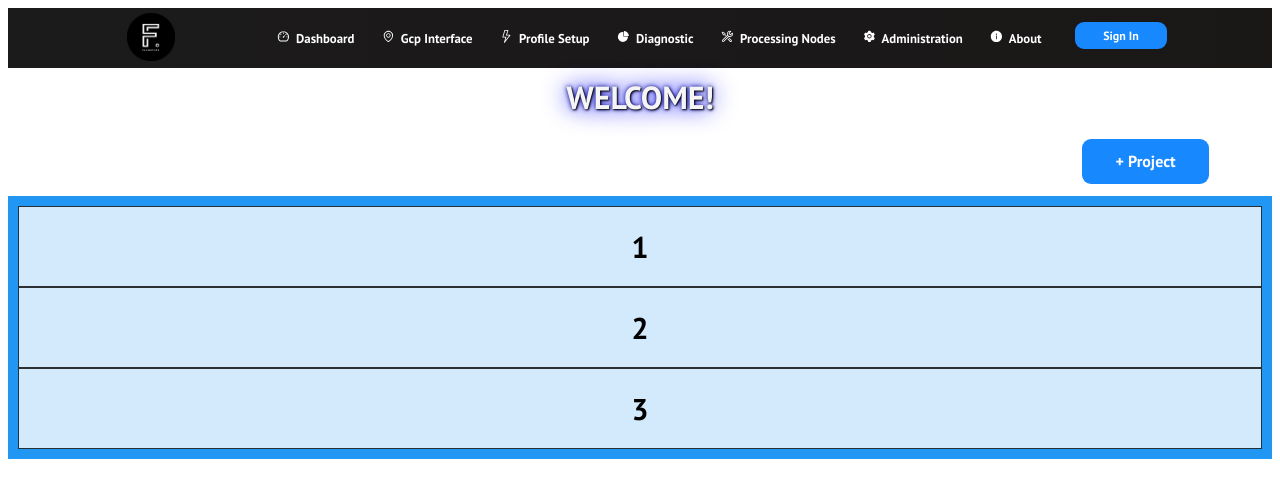
Repository: Akshaykumar1111/akki
Page: /Dashboard
The author's editor kept a copy of each file at every save. The page is drawn from the files as they stood at one save, then again after the next save.
The browser window is 1280 px wide. The pictures show the whole page.
Some web libraries are served in a nearby version. The project was rebuilt for these pictures with package versions that can differ from the ones it lists, and the page was loaded fresh each time. Also part of the build but not shown: src/components/pages/Administration.css, src/components/pages/Administration.js, src/components/pages/Diagnostic.js, src/components/pages/ProfileSetup.js, src/components/pages/GcpInterface.js, src/components/pages/ProcessingNodes.js, src/components/pages/About.js, src/components/pages/Popup.css and 7 more.

Above is the page before, as saved 2022-10-20 12:41:39.

### src/App.css
* {
  box-sizing: border-box;
  margin: 0;
  padding: 0;
  font-family: 'PT Sans', sans-serif;
}

.home,
.Diagnostic,
.Dashboard,
.ProfileSetup,
.GcpInterface,
.ProcessingNodes,
.products,
.Administration,
.DeveloperTools,
.About,
.sign-up,
.SigUp,
.Forgot,
.marketing,
.consulting {
  display: flex;
  height: 961.3px;
  align-items: center;
  justify-content: center;
  font-size: 2rem;
}


.map-container{
  width: 100%;
  height: 100%;
}

.Dashboard {
  background-image: url('./images/img-1.jpg');
  background-position: center;
  background-size: cover;
  background-repeat: no-repeat;
  color: #fff;
  font-size: 100px;

  margin-bottom: 10px;
}

.GcpInterface {
  background-image: url('./images/img-2.jpg');
  background-position: center;
  background-size: cover;
  background-repeat: no-repeat;
  color: #fff;
  font-size: 100px;
}

.Diagnostic {
  background-image: url('./images/img-3.jpg');
  background-position: center;
  background-size: fill;
  background-repeat: no-repeat;
  color: #fff;
  font-size: 100px;
}

.ProfileSetup {
  background-image: url('./images/img-4.jpg');
  background-position: center;
  background-size: cover;
  background-repeat: no-repeat;
  color: #fff;
  font-size: 100px;
}

.sign-up {
  background-image: url('./images/img-7.jpg');
  background-position: center;
  background-size: cover;
  background-repeat: no-repeat;
  color: #fff;
  font-size: 100px;
}

.marketing {
  background-image: url('./images/img-6.jpg');
  background-position: center;
  background-size: cover;
  background-repeat: no-repeat;
  color: #fff;
  font-size: 100px;
}

.consulting {
  background-image: url('./images/img-5.jpg');
  background-position: bottom;
  background-size: cover;
  background-repeat: no-repeat;
  color: #fff;
  font-size: 100px;
}

### src/components/pages/Dashboard.js

import React from 'react';
import '../../App.css';
import '../Button.css';
import './Dashboard.css';

export default function Dashboard() {
  return ( <>
  <div>
  <h1>welcome!</h1>


</div>
  <button type="button" className='btn projectbtn'>+ Project</button>
  <div class="grid-container">
  <div class="grid-item">1</div>
  <div class="grid-item">2</div>
  <div class="grid-item">3</div>

</div>
  </>
  )
 }

### src/components/Button.js
import React from 'react';
import './Button.css';
import { Link } from 'react-router-dom';

export function Button() {
  return (
    <Link to='sign-In'>
      <button className='btn'>Sign In</button>
    </Link>
  );
}

### src/components/Navbar.css
.navbar {

  height: 70px;
  display: flex;
  justify-content: center;
  align-items: center;
  font-size: 1.2rem;


}
.nav-bg1{
  background-color: rgba(42, 41, 41, 0.606);
  }
.nav-bg2{
  background: linear-gradient(90deg, rgb(28, 27, 27) 0%, rgb(26, 23, 23) 100%);

}

.navbar-logo {
  color: #fff;
  justify-self: start;
  margin-left: 20px;
  cursor: pointer;
  text-decoration: none;
  font-size: 2rem;
}

.fa-firstdraft {
    margin-left: -18%;
    font-size: 1rem;
    height: 4rem;
    width: 4rem;
    text-align: center;
    margin-top: 12%;
    margin-left: -190%;
}
/* .log-img{
  width: 8%;
} */
.nav-menu {
  display: grid;
  grid-template-columns: repeat(8, auto);
  grid-gap: 10px;
  list-style: none;
  text-align: center;
  width: 70vw;
  justify-content: end;
  margin-right: 2rem;
}

.nav-item {
  display: flex;
  align-items: center;
  height: 80px;
  margin-top: 8%;
  display: flex;
}

.nav-links {
  color: white;
  text-decoration: none;
  padding: 0.5rem 1rem;
}

.nav-links:hover {
  background-color: #1888ff;
  border-radius: 4px;
  transition: all 0.2s ease-out;
}

.fa-bars {
  color: #fff;
}

.nav-links-mobile {
  display: none;
}

.menu-icon {
  display: none;
}
.li1{
  margin-top: 9%;
}

.li2{
  margin-top: 8%;
}
.li4{
  margin-top: 9%;
}
.li5{
  margin-top: 6.5%;
}
.li6{
  margin-top: 7.3%;
}
.li7{
  margin-top: 12.4%;
}
.li8{
  margin-top: 7%;
}

.nav-links1 {
  color: white;
  text-decoration: none;
  padding: 0.5rem 1rem;
}






@media screen and (max-width: 1648px) {
  .navbar {
    /* background: linear-gradient(90deg, rgb(28, 27, 27) 0%, rgb(26, 23, 23) 100%); */
    height: 60px;
    display: flex;
    justify-content: center;
    align-items: center;
    font-size: 0.8rem;
  }
  .nav-bg1{
    background-color: rgba(42, 41, 41, 0.606);
    }
  .nav-bg2{
    background: linear-gradient(90deg, rgb(28, 27, 27) 0%, rgb(26, 23, 23) 100%);

  }
  .navbar-logo {
    color: #fff;
    justify-self: start;
    margin-left: 20px;
    cursor: pointer;
    text-decoration: none;
    font-size: 1.5rem;
    padding-right: 1%;
  }

  .fa-firstdraft {
    margin-left: -6%;
    font-size: 1rem;
    height: 3rem;
    width: 3rem;
    text-align: center;
    margin-top: 12%;
}

  .nav-menu {
    display: grid;
    grid-template-columns: repeat(8, auto);
    grid-gap: 8px;
    list-style: none;
    text-align: center;
    width: 75vw;
    justify-content: end;
    margin-right: 1.2rem;
  }

  .nav-item {
    display: flex;
    align-items: center;
    height: 75px;
  }

  .nav-links {
    color: white;
    text-decoration: none;
    padding: 0.5rem 0.6rem;
  }

  .nav-links1 {
    color: white;
    text-decoration: none;
    padding: 0.5rem 1rem;
  }

  .nav-links:hover {
    background-color: #1888ff;
    border-radius: 4px;
    transition: all 0.2s ease-out;
  }

  .fa-bars {
    color: #fff;
  }

  .nav-links-mobile {
    display: none;
  }

  .menu-icon {
    display: none;
  }
  .li1{
    margin-top: 9%;
  }

  .li2{
    margin-top: 8%;
  }
  .li4{
    margin-top: 9%;
  }
  .li5{
    margin-top: 6.5%;
  }
  .li6{
    margin-top: 7.3%;
  }
  .li7{
    margin-top: 12.4%;
  }
  .li8{
    margin-top: 7%;
  }

}



@media screen and (max-width: 961px) {
  .NavbarItems {
    position: relative;
  }

  .nav-menu {
    display: flex;
    flex-direction: column;
    width: 100%;
    height: 90vh;
    position: absolute;
    top: 80px;
    left: -100%;
    opacity: 1;
    transition: all 0.5s ease;
  }

  .nav-menu.active {
    background: #242222;
    left: 0;
    opacity: 1;
    transition: all 0.5s ease;
    z-index: 1;
  }

  .nav-links {
    text-align: center;
    padding: 0rem;
    width: 100%;
    display: table;
    margin-top: -1%;
  }

  .nav-links1 {
    color: white;
    text-decoration: none;
    padding: 0.5rem 1rem;
  }


  .nav-links:hover {
    background-color: #1888ff;
    border-radius: 0;
  }

  .navbar-logo {
    position: absolute;
    top: 0;
    left: 0;
    transform: translate(25%, 50%);
  }

  .menu-icon {
    display: block;
    position: absolute;
    top: -8px;
    right: 0;
    transform: translate(-100%, 60%);
    font-size: 1.8rem;
    cursor: pointer;
  }

  .fa-times {
    color: #fff;
    font-size: 2rem;
  }
  .nav-item {
    display: flex;
    align-items: center;
    height: 88px;
    font-size: 155%;
}

  .nav-links-mobile {
    display: block;
    text-align: center;
    /* padding: 1.5rem; */
    margin: 0rem auto;
    border-radius: 16px;
    width: 50%;
    background: #1888ff;
    text-decoration: none;
    color: #fff;
    font-size: 1.2rem;
    height: 55px;
    margin-bottom: 2%;
    padding-top: 2%;
  }

  .nav-links-mobile:hover {
    background: #fff;
    color: #1888ff;
    transition: 250ms;
  }

  .nav-Button{
    margin-top: 14%;
  }
  /* button {
    display: none;
  } */
  .fa-firstdraft {
    margin-left: 85%;
    font-size: 1rem;
    height: 3rem;
    width: 3rem;
    text-align: center;
    margin-top: -28%;
}
.li1{
  margin-top: 9%;
}

.li2{
  margin-top: 8%;
}
.li4{
  margin-top: 9%;
}
.li5{
  margin-top: 6.5%;
}
.li6{
  margin-top: 7.3%;
}
.li7{
  margin-top: 12.4%;
}
.li8{
  margin-top: 7%;
}

}



@media screen and (max-width: 480px) {
  .NavbarItems {
    position: relative;
  }

  .nav-menu {
    display: flex;
    flex-direction: column;
    width: 100%;
    height: 90vh;
    position: absolute;
    top: 80px;
    left: -100%;
    opacity: 1;
    transition: all 0.5s ease;
  }

  .nav-menu.active {
    background: #242222;
    left: 0;
    opacity: 1;
    transition: all 0.5s ease;
    z-index: 1;
  }

  .nav-links {
    text-align: center;
    padding: 0rem;
    width: 100%;
    display: table;
    margin-top: -1%;
  }

  .nav-links1 {
    color: white;
    text-decoration: none;
    padding: 0.5rem 1rem;
  }


  .nav-links:hover {
    background-color: #1888ff;
    border-radius: 0;
  }

  .navbar-logo {
    position: absolute;
    top: 0;
    left: 0;
    transform: translate(25%, 50%);
  }

  .menu-icon {
    display: block;
    position: absolute;
    top: -8px;
    right: 0;
    transform: translate(-100%, 60%);
    font-size: 1.8rem;
    cursor: pointer;
  }

  .fa-times {
    color: #fff;
    font-size: 2rem;
  }
  .nav-item {
    display: flex;
    align-items: center;
    height: 88px;
    font-size: 155%;
}

  .nav-links-mobile {
    display: block;
    text-align: center;
    /* padding: 1.5rem; */
    margin: 0rem auto;
    border-radius: 16px;
    width: 50%;
    background: #1888ff;
    text-decoration: none;
    color: #fff;
    font-size: 1.2rem;
    height: 55px;
    margin-bottom: 2%;
    padding-top: 2%;
  }

  .nav-links-mobile:hover {
    background: #fff;
    color: #1888ff;
    transition: 250ms;
  }

  .nav-Button{
    margin-top: 14%;
  }
  /* button {
    display: none;
  } */
  .fa-firstdraft {
    margin-left: 50%;
    font-size: 1rem;
    height: 3rem;
    width: 3rem;
    text-align: center;
    margin-top: -28%;
}
.li1{
  margin-top: 9%;
}

.li2{
  margin-top: 8%;
}
.li4{
  margin-top: 9%;
}
.li5{
  margin-top: 6.5%;
}
.li6{
  margin-top: 7.3%;
}
.li7{
  margin-top: 12.4%;
}
.li8{
  margin-top: 7%;
}

}

/* <-----------sticky navbar----------> */
/* .sticky{
  position: fixed;
  top: 0;
  left: 0;
  width: 100%;
  height: 5rem;
  padding-top: 0;
  padding-bottom: 0;
  box-shadow: 0 0 2rem 0 rgb(0,0,0,5);
} */
/* <-----------sticky navbar end----------> */

### src/components/Button.css
:root {
  --primary: #1888ff;
}

.btn {
  padding: 6px 9px;
  border-radius: 4px;
  outline: none;
  border: none;
  font-size: 15px;
  color: #fff;
  cursor: pointer;
  background-color: var(--primary);
  margin-top: 33%;
}
.projectbtn {
  font-size: 150%;
  /* padding: 0.5% 0.1% 0.5% 0.1%; */
  width: 10%;
  margin-top: 1%;
  margin-left: 89%;
}

.btn:hover {
  padding: 5px 9px;
  transition: all 0.3s ease-out;
  background-color: transparent;
  color: #fff;
  border-radius: 4px;
  border: 2px solid var(--primary);
  transition: all 0.3s ease-out;
}
@media screen and (max-width: 1140px) {
  .NavbarItems {
    position: relative;
  }
  :root {
    --primary: #1888ff;
  }

  .btn {
    padding: 6px 12px;
    border-radius: 9px;
    outline: none;
    border: none;
    font-size: 12px;
    color: #fff;
    cursor: pointer;
    background-color: var(--primary);
    margin-top: 36%;
  }
  .projectbtn {
    font-size: 150%;
    /* padding: 0.5% 0.1% 0.5% 0.1%; */
    width: 10%;
    margin-top: 1%;
    margin-left: 89%;
  }

  .btn:hover {
    padding: 6px 18px;
    transition: all 0.3s ease-out;
    background-color: transparent;
    color: #fff;
    border-radius: 4px;
    border: 2px solid var(--primary);
    transition: all 0.3s ease-out;
  }
}

@media screen and (max-width: 1648px) {
  .NavbarItems {
    position: relative;
  }
  :root {
    --primary: #1888ff;
  }

  .btn {
    padding: 6px 12px;
    border-radius: 9px;
    outline: none;
    border: none;
    font-size: 12px;
    color: #fff;
    cursor: pointer;
    background-color: var(--primary);
    margin-top: 26%;
  }
  .projectbtn {
    font-size: 100%;
    padding: 1% 0.1% 1% 0.1%;
    width: 10%;
    margin-top: 1%;
    margin-left: 85%;
  }

  .btn:hover {
    padding: 6px 18px;
    transition: all 0.3s ease-out;
    background-color: transparent;
    color: #fff;
    border-radius: 4px;
    border: 2px solid var(--primary);
    transition: all 0.3s ease-out;
  }
}




@media screen and (max-width: 961px) {
  .NavbarItems {
    position: relative;
  }
  :root {
    --primary: #1888ff;
  }

  .btn {

    border-radius: 9px;
    outline: none;
    border: none;
    font-size: 12px;
    color: #fff;
    cursor: pointer;
    background-color: var(--primary);
    width: auto;
    margin-top: 3%;
  }
  .projectbtn {
    font-size: 100%;
    padding: 1.5% 0.1% 1.5% 0.1%;
    width: 10%;
    margin-top: 1%;
    margin-left: 86%;
  }

  .btn:hover {
    padding: 0px 0px;
    transition: all 0.3s ease-out;
    background-color: transparent;
    color: #fff;
    border-radius: 4px;
    border: 2px solid var(--primary);
    transition: all 0.3s ease-out;
  }
}

### src/components/pages/Dashboard.css
.grid-container {
    display: grid;
    grid-template-rows: auto auto auto;
    background-color: #2196F3;
    padding: 10px;
  }
  .grid-item {
    background-color: rgba(255, 255, 255, 0.8);
    border: 1px solid rgba(0, 0, 0, 0.8);
    padding: 20px;
    font-size: 30px;
    text-align: center;
  }
  div {
    padding: 8px;
  }

  h1 {
    text-align: center;
    text-transform: uppercase;
    color: whitesmoke;
    text-shadow: 1px 1px 2px black, 0 0 25px blue, 0 0 5px darkblue;

  }

### src/components/pages/Signin.css
.sign-ups{
    display: flex;
    height: 33px;
    align-items: center;
    justify-content: center;
    font-size: 3rem;
    margin-top: -9px;
    color:whitesmoke;
    text-shadow: 2px 2px 15px white;
  }
  body {font-family: Arial, Helvetica, sans-serif;}
  /* The Modal (background) */
  .Main-login-Div {
  width: 100%;
  height: 100%;
  background-color: rgba(0,0,0,0.4);

  padding:10% 20% 5.6% 20%;

  background-image: url('../../images/abhi.jpg');
  background-size: cover;


  }

  /* input[type=text], input[type=password] {
  width: 100%;
  padding: 12px 20px;
  margin: 12px 0;
  display: inline-block;
  border: 1px solid #ccc;
  box-sizing: border-box;
  } */
  .input[type=text], .input[type=password] {
    width: 100%;
    padding: 12px 20px;
    margin: 12px 0;
    display: inline-block;
    border: 1px solid #ccc;
    box-sizing: border-box;
    }

  /* Set a style for all buttons */
  button {
  background-color: var(--primary);
  color: white;
  padding: 14px 20px;
  margin: 12px 0;
  border: none;
  cursor: pointer;
  width: 100%;
  border-radius: 10px;

  }


  button:hover {
  opacity: 0.8;
  }

  .nav-links-mobile {
    display: none;
  }

  /* Extra styles for the cancel button */
  .cancelbtn {
  width: auto;
  padding: 10px 18px;
  background-color: #f44336;
  border-radius: 9%;
  }

  .Signupbtn{
  width: auto;
  padding: 10px 18px;
  background-color: var(--primary);
  text-align: center;
  border-radius: 9%;
  }

  /* Center the image and position the close button */
  .imgcontainer  {
  text-align: center;
  margin: 24px 0 12px 0;
  position: relative;
  }

  img.avatar {
  width: 40%;
  border-radius: 50%;
  }

  .container {
  padding: 16px;
  /* text-align: right; */

  }
  .cont2{
    margin-left: 75px;
  }

  .container5 {

  /* text-align: right; */
  width: 100%;
  display: flex;
  /* height: 10%; */

  }

  .container1 {
  padding: 16px;

  width: 80%;

  }
  .container2 {
  width: 20%;
  text-align: right;
  padding: 16px;

  }







  span.psw {
  float: right;
  padding-top: 16px;
  }



  /* Modal Content/Box */
  .modal-content {
  background-color: #fefefe;
  margin: 5% auto 15% auto; /* 5% from the top, 15% from the bottom and centered */
  border: 1px solid #888;
  width: 80%; /* Could be more or less, depending on screen size */
  border-radius: 18px;
  }

  /* The Close Button (x) */
  .close {
  position: absolute;
  right: 25px;
  top: 0;
  color: #000;
  font-size: 35px;
  font-weight: bold;
  }

  .close:hover,
  .close:focus {
  color: red;
  cursor: pointer;
  }

  /* Add Zoom Animation */
  .animate {
  -webkit-animation: animatezoom 0.6s;
  animation: animatezoom 0.6s
  }

  @-webkit-keyframes animatezoom {
  from {-webkit-transform: scale(0)}
  to {-webkit-transform: scale(1)}
  }

  @keyframes animatezoom {
  from {transform: scale(0)}
  to {transform: scale(1)}
  }


  /* /////////////////////////////////////////////////////////////////////////////////////////////////////////////////// */
  @media screen and (max-width: 961px){
  .sign-ups{
    display: flex;
    height: 33px;
    align-items: center;
    justify-content: center;
    font-size: 3rem;
    margin-top: -9px;
    color:whitesmoke;
    text-shadow: 2px 2px 15px white;
  }
  body {font-family: Arial, Helvetica, sans-serif;}
  /* The Modal (background) */
  .Main-login-Div {
  width: 100%; /* Full width */
  height: 100%; /* Full height */
  background-color: rgba(0,0,0,0.4); /* Black w/ opacity */
  padding-top: 15%;
  padding-bottom: 2%;

  background-image: url('../../images/abhi.jpg');
  background-size: cover;


  }

  .input2[type=text], .input2[type=password] {
  width: 80%;
  padding: 12px 20px;
  margin: 12px 0;
  display: inline-block;
  border: 1px solid #ccc;
  box-sizing: border-box;
  }

  /* Set a style for all buttons */
  button {
  background-color: var(--primary);
  color: white;
  padding: 14px 20px;
  margin: 12px 0;
  border: none;
  cursor: pointer;
  width: 100%;
  border-radius: 10px;
  }


  button:hover {
  opacity: 0.8;
  }

  /* Extra styles for the cancel button */
  .cancelbtn {
  /* width: auto; */
  padding: 10px 18px;
  background-color: #f44336;
  }

  .Signupbtn{
  /* width: auto; */
  padding: 10px 18px;
  background-color: var(--primary);
  text-align: center;

  }

  /* Center the image and position the close button */
  .imgcontainer  {
  text-align: center;
  margin: 24px 0 12px 0;
  position: relative;
  }

  img.avatar {
  width: 40%;
  border-radius: 50%;
  }

  .container {
  padding: 16px;
  /* text-align: right; */

  }

  .container5 {

  /* text-align: right; */
  width: 100%;
  display: flex;
  /* height: 10%; */

  }

  .container1 {
  padding: 16px;

  width: 80%;

  }
  .container2 {
  width: 50%;
  text-align: right;
  padding: 16px;

  }








  span.psw {
  float: right;
  padding-top: 16px;
  }



  /* Modal Content/Box */
  .modal-content {
  background-color: #fefefe;
  margin: 5% auto 15% auto; /* 5% from the top, 15% from the bottom and centered */
  border: 1px solid #888;
  width: 80%; /* Could be more or less, depending on screen size */
  border-radius: 18px;
  }

  /* The Close Button (x) */
  .close {
  position: absolute;
  right: 25px;
  top: 0;
  color: #000;
  font-size: 35px;
  font-weight: bold;
  }

  .close:hover,
  .close:focus {
  color: red;
  cursor: pointer;
  }

  /* Add Zoom Animation */
  .animate {
  -webkit-animation: animatezoom 0.6s;
  animation: animatezoom 0.6s
  }

  @-webkit-keyframes animatezoom {
  from {-webkit-transform: scale(0)}
  to {-webkit-transform: scale(1)}
  }

  @keyframes animatezoom {
  from {transform: scale(0)}
  to {transform: scale(1)}
  }
  }
  @media screen and (max-width: 300px) {
    span.psw {
       display: block;
       float: none;
    }
    .cancelbtn {
       width: 100%;
    }
  }

  @media screen and (max-width: 610px){
    .sign-ups{
      display: flex;
      height: 33px;
      align-items: center;
      justify-content: center;
      font-size: 2rem;
      margin-top: -9px;
      color:whitesmoke;
      text-shadow: 2px 2px 15px white;
    }
    body {font-family: Arial, Helvetica, sans-serif;}
    /* The Modal (background) */
    .Main-login-Div {
    width: 100%; /* Full width */
    height: 100%; /* Full height */
    background-color: rgba(0,0,0,0.4); /* Black w/ opacity */
    padding-top: 15%;
    padding-bottom: 2%;

    background-image: url('../../images/abhi.jpg');
    background-size: cover;


    }

    .input[type=text], .input[type=password] {
    width: 100%;
    padding: 12px 20px;
    margin: 12px 0;
    display: inline-block;
    border: 1px solid #ccc;
    box-sizing: border-box;
    }

    /* Set a style for all buttons */
    /* button {
    background-color: var(--primary);
    color: white;
    padding: 14px 20px;
    margin: 12px 0;
    border: none;
    cursor: pointer;
    width: 126%;
    } */
    .button {
      background-color: var(--primary);
      color: white;
      padding: 14px 20px;
      margin: 12px 0;
      border: none;
      cursor: pointer;
      width: 100%;
      border-radius: 10px;
      }



    button:hover {
    opacity: 0.8;
    }

    /* Extra styles for the cancel button */
    .cancelbtn {
    /* width: auto; */
    padding: 7px 14px;
    background-color: #f44336;
    }
    .cont2{
      margin-left: 75px;

    }
    .Signupbtn{
    /* width: auto; */
    padding: 3px 11px;
    background-color: var(--primary);
    text-align: center;
    font-size: 14px;

    }
    .Forgot-password{
      font-size: 12px;
    }

    /* Center the image and position the close button */
    .imgcontainer  {
    text-align: center;
    margin: 24px 0 12px 0;
    position: relative;
    }

    img.avatar {
    width: 40%;
    border-radius: 50%;
    }

    .container {
    padding: 16px;
    /* text-align: right; */
    width: 100%;

    }

    .container5 {

    /* text-align: right; */
    width: 100%;
    display: flex;
    /* height: 10%; */

    }

    .container1{
    padding: 16px;

    width: 80%;

    }
    .container2 {
    width: 50%;
    text-align: right;
    padding: 16px;

    }








    span.psw1 {
    float: right;
    padding-top: 16px;
    }



    /* Modal Content/Box */
    .modal-content {
    background-color: #fefefe;
    margin: 5% auto 15% auto; /* 5% from the top, 15% from the bottom and centered */
    border: 1px solid #888;
    width: 80%; /* Could be more or less, depending on screen size */
    border-radius: 18px;
    }

    /* The Close Button (x) */
    .close {
    position: absolute;
    right: 25px;
    top: 0;
    color: #000;
    font-size: 35px;
    font-weight: bold;
    }

    .close:hover,
    .close:focus {
    color: red;
    cursor: pointer;
    }

    /* Add Zoom Animation */
    .animate {
    -webkit-animation: animatezoom 0.6s;
    animation: animatezoom 0.6s
    }

    @-webkit-keyframes animatezoom {
    from {-webkit-transform: scale(0)}
    to {-webkit-transform: scale(1)}
    }

    @keyframes animatezoom {
    from {transform: scale(0)}
    to {transform: scale(1)}
    }
    }

    @media screen and (max-width: 523px){
      .sign-ups{
        display: flex;
        height: 33px;
        align-items: center;
        justify-content: center;
        font-size: 1.5rem;
        margin-top: -9px;
        color:whitesmoke;
        text-shadow: 2px 2px 15px white;
      }
      body {font-family: Arial, Helvetica, sans-serif;}
      /* The Modal (background) */
      .Main-login-Div {
      width: 100%; /* Full width */
      height: 100%; /* Full height */
      background-color: rgba(0,0,0,0.4); /* Black w/ opacity */
      padding-top: 15%;
      padding-bottom: 2%;

      background-image: url('../../images/abhi.jpg');
      background-size: cover;


      }

      .input[type=text], .input[type=password] {
      width: 100%;
      padding: 12px 20px;
      margin: 12px 0;
      display: inline-block;
      border: 1px solid #ccc;
      box-sizing: border-box;
      }

      /* Set a style for all buttons */
      /* button {
      background-color: var(--primary);
      color: white;
      padding: 14px 20px;
      margin: 12px 0;
      border: none;
      cursor: pointer;
      width: 126%;
      } */
      .button {
        background-color: var(--primary);
        color: white;
        padding: 14px 20px;
        margin: 12px 0;
        border: none;
        cursor: pointer;
        width: 100%;
        border-radius: 10px;

        }



      button:hover {
      opacity: 0.8;
      }

      /* Extra styles for the cancel button */
      .cancelbtn {
      /* width: auto; */
      padding: 7px 14px;
      background-color: #f44336;
      }
      .cont2{
        margin-left: 30px;

      }
      .Signupbtn{
      /* width: auto; */
      padding: 3px 11px;
      background-color: var(--primary);
      text-align: center;
      font-size: 14px;

      }
      .Forgot-password{
        font-size: 12px;
      }

      /* Center the image and position the close button */
      .imgcontainer  {
      text-align: center;
      margin: 24px 0 12px 0;
      position: relative;
      }

      img.avatar {
      width: 40%;
      border-radius: 50%;
      }

      .container {
      padding: 16px;
      /* text-align: right; */
      width: 100%;

      }

      .container5 {

      /* text-align: right; */
      width: 100%;
      display: flex;
      /* height: 10%; */

      }

      .container1{
      padding: 16px;

      width: 80%;

      }
      .container2 {
      width: 50%;
      text-align: right;
      padding: 16px;

      }








      span.psw1 {
      float: right;
      padding-top: 16px;
      }



      /* Modal Content/Box */
      .modal-content {
      background-color: #fefefe;
      margin: 5% auto 15% auto; /* 5% from the top, 15% from the bottom and centered */
      border: 1px solid #888;
      width: 80%; /* Could be more or less, depending on screen size */
      border-radius: 18px;
      }

      /* The Close Button (x) */
      .close {
      position: absolute;
      right: 25px;
      top: 0;
      color: #000;
      font-size: 35px;
      font-weight: bold;
      }

      .close:hover,
      .close:focus {
      color: red;
      cursor: pointer;
      }

      /* Add Zoom Animation */
      .animate {
      -webkit-animation: animatezoom 0.6s;
      animation: animatezoom 0.6s
      }

      @-webkit-keyframes animatezoom {
      from {-webkit-transform: scale(0)}
      to {-webkit-transform: scale(1)}
      }

      @keyframes animatezoom {
      from {transform: scale(0)}
      to {transform: scale(1)}
      }

      }

Loaded but not shown: public/index.html (common file); src/index.js (common file); src/components/Navbar.js (179 lines, source omitted); src/App.js (57 lines, source omitted)

After the next save:
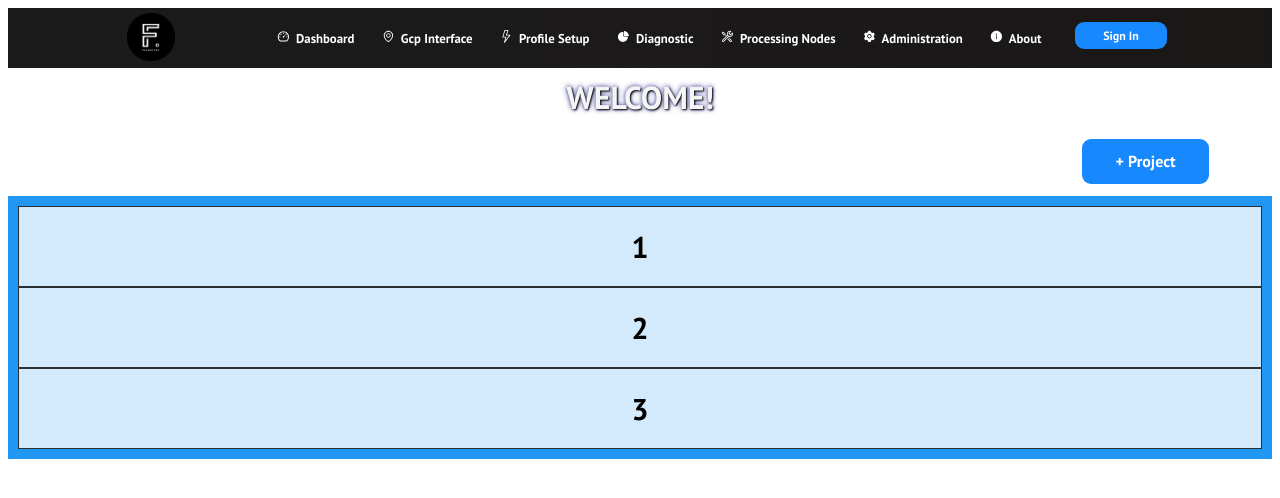
Saved 26 s later.
--- a/src/components/pages/Dashboard.css
+++ b/src/components/pages/Dashboard.css
@@ -19,6 +19,6 @@
     text-align: center;
     text-transform: uppercase;
     color: whitesmoke;
-    text-shadow: 1px 1px 2px black, 0 0 25px blue, 0 0 5px darkblue;
+    text-shadow: 1px 1px 2px black, 0 0 25px , 0 0 5px darkblue;
 
   }
